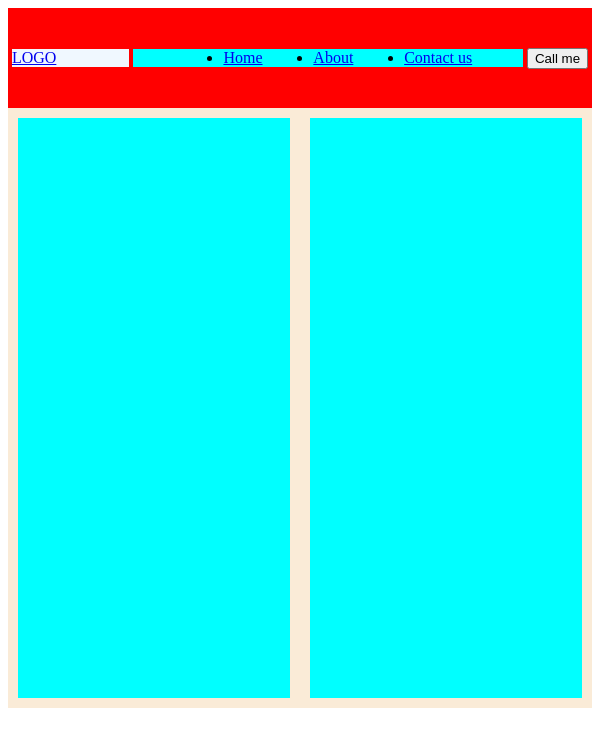
Repository: latenightsnacc/HTML-LESSONS
Page: WEB-DESIGN-2/lessons/flexlayout.html
The author's editor kept a copy of each file at every save. The page is drawn from the files as they stood at one save, then again after the next save.
The browser window is 600 px wide. The pictures show the whole page.

Above is the page before, as saved 2021-09-24 15:43:34.

After the next save:
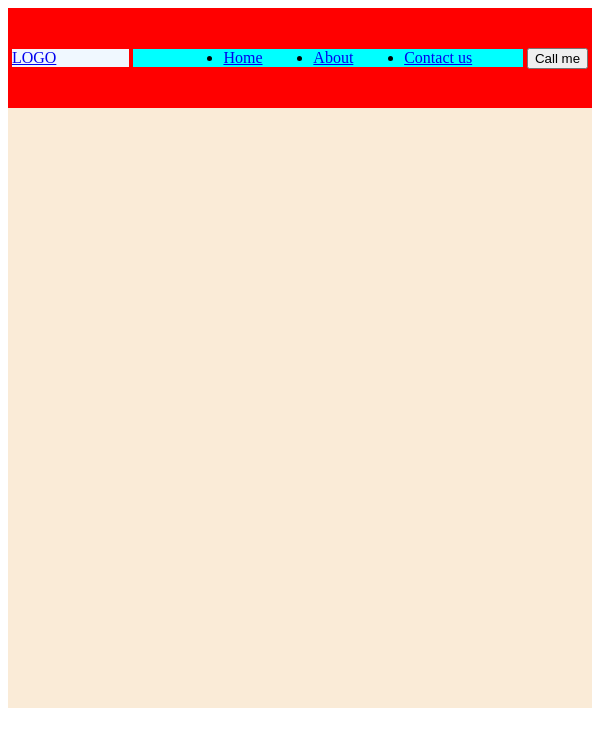
Saved 2 min 33 s later.
--- a/WEB-DESIGN-2/lessons/flexlayout.html
+++ b/WEB-DESIGN-2/lessons/flexlayout.html
@@ -36,6 +36,11 @@
             width: 50%;
             margin: 10px;
         }
+        @media screen and (max-width:767px){
+            .row {
+                flex-direction: column;
+            }
+        }
     </style>
 </head>
 <body>
